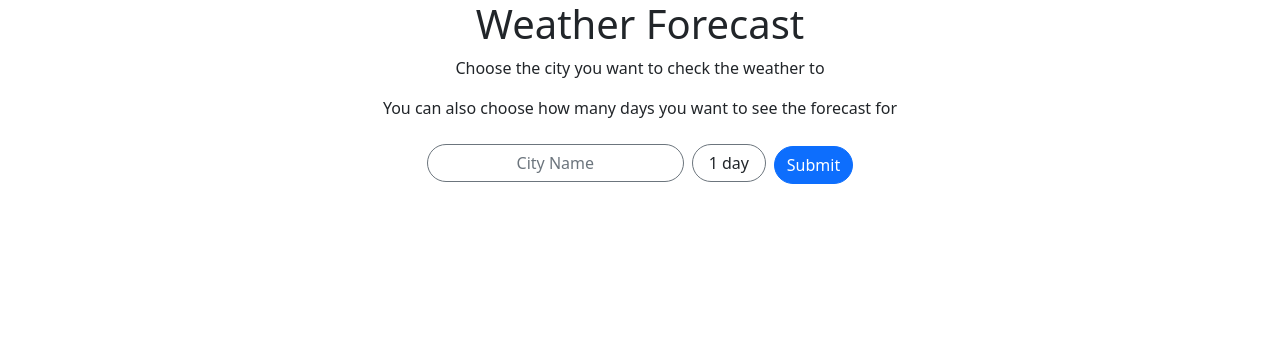
Repository: DimitrisDoxopoulos/my-own-weather-app
Page: /
The author's editor kept a copy of each file at every save. The page is drawn from the files as they stood at one save, then again after the next save.
The browser window is 1280 px wide. The pictures show the whole page.
The project was rebuilt for these pictures with package versions that can differ from the ones it lists, and the page was loaded fresh each time.

Above is the page before, as saved 2021-06-03 19:02:04.

### src/App.js
import './App.css';

/*--------------- Importing Components ------------------- */
import Wrapper from './components/Wrapper'
import Header from './components/Header'
import Tagline from './components/Tagline'
import Form from './components/Form'
/*--------------- Importing Components ------------------- */

function App() {
  return (
    <div className="App">
      <Wrapper>
        <Header />
        <Tagline />
        <Form />
      </Wrapper>
    </div>
  );
}

export default App;

### src/App.css
.App {
  /* text-align: center; */
}

.App-logo {
  height: 40vmin;
  pointer-events: none;
}

.App-header {
  background-color: #282c34;
  min-height: 100vh;
  display: flex;
  flex-direction: column;
  align-items: center;
  justify-content: center;
  font-size: calc(10px + 2vmin);
  color: white;
}

.App-link {
  color: #61dafb;
}

### src/components/Wrapper.js
import React from 'react';

const Wrapper = (props) => {
    return(
    <div className='container d-flex flex-column justify-content-center align-items-center'>
        { props.children }
    </div>
    )
}

export default Wrapper;

### src/components/Header.js
import React from 'react'

const Header = () => {
    return (
        <div className="">
            <h1 className="">Weather Forecast</h1>
        </div>
    )
}

export default Header

### src/components/Tagline.js
import React from 'react'

const Tagline = () => {
    return (
        <div className="text-center">
            <p>Choose the city you want to check the weather to</p>
            <p>You can also choose how many days you want to see the forecast for</p>
        </div>
    )
}

export default Tagline

### src/components/Form.js
import React from 'react'

const Form = () => {
    return (
        <div>
            <form className="d-flex align-items-center">
                <div className="form-group">
                    <input type="text" className="form-control border-secondary rounded-pill text-center" id="exampleFormControlInput1" placeholder="City Name" />
                </div>
                <div className="form-group d-flex p-2">
                    <select className="form-control border-secondary rounded-pill text-center" id="exampleFormControlSelect1" placeholder="How many days?">
                        <option value="1">1 day</option>
                        <option value="2">2 days</option>
                        <option value="3">3 days</option>
                        <option value="4">4 days</option>
                        <option value="5">5 days</option>
                    </select>
                </div>
                <input className="btn btn-primary mt-1 rounded-pill" type="submit" value="Submit" />
            </form>
        </div>
    )
}

export default Form

### src/components/WeatherForecast.js
import React from 'react'

const WeatherForecast = () => {
    return (
        <div className="">
            <h3 className="h-3">Weather Forecast for Athens</h3>3
            <div className="container">
                <div className="row">
                    <div className="col-sm">
                        <p>Monday</p>
                    </div>
                    <div className="col-sm">
                        <image src="" alt='weather icon' />
                    </div>
                    <div className="col-sm">
                        <p>Temperature</p>
                    </div>
                    <div className="col-sm">
                        <p>High Temperature</p>
                    </div>
                    <div className="col-sm">
                        <p>Low Temperature</p>
                    </div>
                    <div className="col-sm">
                        <p>Humidity</p>
                    </div>
                    <div className="col-sm">
                        <p></p>
                    </div>
                </div>
            </div>

        </div>
    )
}

export default WeatherForecast

Loaded but not shown: public/index.html (common file); src/index.js (common file); src/index.css (common file); src/reportWebVitals.js (common file)

After the next save:
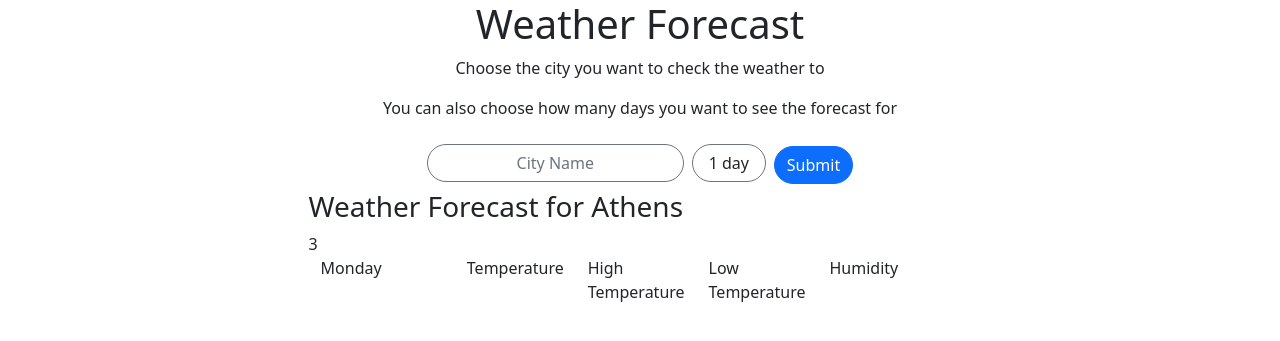
Saved 21 s later.
--- a/src/App.js
+++ b/src/App.js
@@ -5,6 +5,7 @@ import Wrapper from './components/Wrapper'
 import Header from './components/Header'
 import Tagline from './components/Tagline'
 import Form from './components/Form'
+import WeatherForecast from './components/WeatherForecast';
 /*--------------- Importing Components ------------------- */
 
 function App() {
@@ -14,6 +15,7 @@ function App() {
         <Header />
         <Tagline />
         <Form />
+        <WeatherForecast />
       </Wrapper>
     </div>
   );
